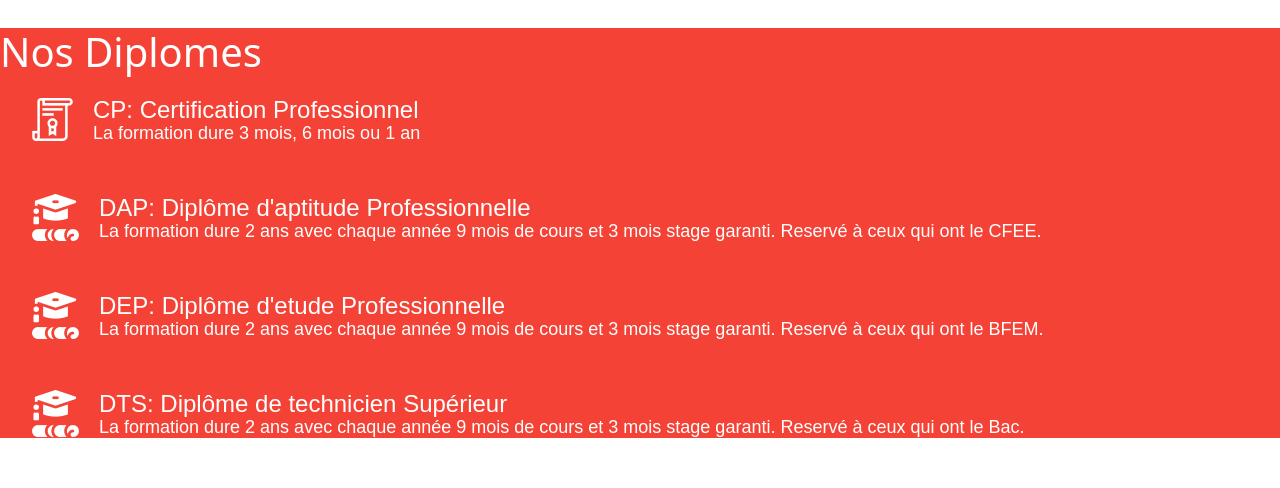
Repository: wadelfadill/tache_6_validation_prototype_bootstrap
Page: index.html
An editor plug-in stored every save of this project. The page is shown before and after the next save, followed by the edit.
The browser window is 1280 px wide. The pictures show the part of the page from y = 1831 to 2319 px (the page is 2319 px tall).
A picture or video elsewhere on the page could not be fetched, so the positions and the page height are approximate. Some web libraries are served in a nearby version.

Above is the page before, as saved 2023-04-24 22:50:10.

### index.html
<!DOCTYPE html>
<html lang="en">
<head>
    <meta charset="UTF-8">
    <meta http-equiv="X-UA-Compatible" content="IE=edge">
    <meta name="viewport" content="width=device-width, initial-scale=1.0">
    <!--------titre du site--------->
    <title>Document</title>

    <!-------link vers le site de bootstrap-->
    <link href="https://cdn.jsdelivr.net/npm/bootstrap@5.1.3/dist/css/bootstrap.min.css" rel="stylesheet" integrity="sha384-1BmE4kWBq78iYhFldvKuhfTAU6auU8tT94WrHftjDbrCEXSU1oBoqyl2QvZ6jIW3" crossorigin="anonymous">

    <!--------link vers le fichier css---------->
    <link rel="stylesheet" href="style.css">

    <!---------Google Fonts links------------>
    <link rel="preconnect" href="https://fonts.googleapis.com">
    <link rel="preconnect" href="https://fonts.gstatic.com" crossorigin>
    <link href="https://fonts.googleapis.com/css2?family=Manrope&family=Montserrat:wght@500&family=Poppins:wght@200&family=Roboto&display=swap" rel="stylesheet">
    <!------------ Google Font Awesome ----------->
    <script src="https://kit.fontawesome.com/8f130c8a35.js" crossorigin="anonymous"></script>
</head>
<body>

    <!-- ========== Start Header Section ========== -->
    <header id="header">
        <nav class="navbar navbar-expand-lg">
            <div class="container-fluid p-3">
              <a class="navbar-brand" href="#"><img src="image/logo.png" alt=""></a>
              <button class="navbar-toggler" type="button" data-bs-toggle="collapse" data-bs-target="#navbarNav" aria-controls="navbarNav" aria-expanded="false" aria-label="Toggle navigation">
                <i class="fa-solid fa-bars" style="color: #000000;"></i>
              </button>
              <div class="collapse navbar-collapse mt-4 mt-lg-0" id="navbarNav">
                <ul class="navbar-nav ms-auto">
                  <li class="nav-item">
                    <a class="nav-link active" aria-current="page" href="#">Home</a>
                  </li>
                  <li class="nav-item">
                    <a class="nav-link" href="#">Programmes</a>
                  </li>
                  <li class="nav-item">
                    <a class="nav-link" href="#">Nos campus</a>
                  </li>
                  <li class="nav-item">
                    <a class="nav-link" href="#">Admission</a>
                  </li>
                  <li class="nav-item">
                    <a class="nav-link" href="#">Evenements</a>
                  </li>
                  <li class="nav-item">
                    <a class="nav-link" href="">Blog</a>
                  </li>
                </ul>
                <button class="btn btn-primary ms-lg-5 mt-3 mt-lg-0">Nous rejoindre</button>
                <a href="#" class="me-lg-4 ms-lg-4 ms-1 d-block d-lg-inline mt-3 mt-lg-0"><img src="image/Groupsearch.png" alt=""></a>
              </div>
            </div>
          </nav>
    </header>
    <!-- ========== End Header Section ========== -->
    <!---------------------------------------------------->
    <!-- ========== Start Main Section ========== -->
    <main id="main">
        <!-- ========== Start Home Section ========== -->
        <section id="home">
            <div class="container-fluid pe-0">
                <div class="row align-items-center d-flex flex-column-reverse flex-md-row gy-4 gy-md-0 me-md-0">
                    <div class="col-12 col-md-5 ps-0 pe-0 ps-md-5">
                        <div class="container space-vert justify-content-between text-center d-flex justify-content-around flex-column w-100 w-md-auto">
                            <p>Suscipit semper ut volutpat neque, tincidunt dis.
                                Quis <br> vestibulum sit bibendum vitae iaculis tincidunt
                                 vel <br> pulvinar. In mattis aliquam ut ipsum.
                                 Neque, erat et <br> rhoncus scelerisque. .
                            </p>
                            <div class="d-grid gap-2 d-md-block d-block">
                                <button class="btn btn-primary" type="button">Nos services</button>
                                <button class="btn btn-primary" type="button">Contactez-nous</button>
                            </div>
                        </div>
                    </div>
                    <div class="col-12 col-md-5 offset-md-2 me-md-0 pe-0">
                        <div class="img">
                            <img src="image/Group 27.png" class="img-fluid w-100 h-100 profile"alt="">
                        </div>
                    </div>
                </div>
            </div>
        </section>
        <!-- ========== End Home Section ========== -->

        <!-- ========== Start Formation Section ========== -->
        <section id="formations">
            <div class="container-fluid ps-5 pe-5">
                <div class="row p-3 gap-3">
                    <div class="col-md-7 formation p-5">
                        <h1 class="text-center pt-2">Une formation 100% pratique et stage garanti</h1>
                        <div class="row">
                            <div class="col-12 col-md-6">
                                <ul>
                                    <li><span><img src="image/Group1.png" alt=""></span>Programmation</li>
                                    <li><span><img src="image/Group2.png" alt=""></span>Design</li>
                                    <li><span><img src="image/digital-marketing 1.png" alt=""></span>Marketing degital</li>
                                </ul>
                            </div>
                            <div class="col-12 col-md-6">
                                <ul>
                                    <li><span><img src="image/project-management 1.png" alt=""></span> Entreprenariat</li>
                                    <li><span><img src="image/investor 1.png" alt=""></span>Gestion de projet</li>
                                    <li><span><img src="image/work 1.png" alt=""></span>Bureautique</li>
                                </ul>
                            </div>
                        </div>

                    </div>
                    <div class="col-md-4 text-center bakeli">
                        <h1>Bakeli</h1>
                        <p>Aliquam, faucibus et dolor malesuada. Mus rutrum et, scelerisque quam.
                             Ut molestie at lectus viverra. Amet netus nisl tincidunt orci, tellus aliquet.
                             Mollis arcu, lacus massa donec facilisi dignissim nunc velit.
                             Enim facilisi lorem fermentum egestas consequat.
                             Sociis consequat ultrices proin sed ac leo vitae faucibus condimentum.
                            In orci, in sed mauris sollicitudin lacus.
                            Dolor sed ut congue aliquam egestas fames risus.
                            Sit odio sit ultrices nisl ac est, a.
                             Blandit interdum vestibulum porta amet. Non hendrerit purus nunc, est egestas vi.
                        </p>
                        <button>voir plus</button>


                    </div>
                </div>
            </div>
        </section>
        <!-- ========== End Formation Section ========== -->

        <!-- ========== Start Cours Section ========== -->
        <section id="cours">
            <div class="container-fluid p-5">
                <h1 class="text-left p-4">Nos cours</h1>
                <div class="row justify-content-lg-around">
                    <div class="col-8 col-md-3 text-center">
                        <div class="cours c1 p-4 text-center mb-5 mb-md-0">
                            <img src="image/pro.png" alt="" class="img-fluid">
                        <div class="text mt-3">
                            Programmation
                        </div>
                        </div>
                    </div>
                    <div class="col-8 col-md-3 text-center">
                        <div class="cours c2 p-4 text-center mb-5 mb-md-0">
                            <img src="image/Group.png" alt="" class="img-fluid">
                        <div class="text mt-3">
                            Design
                        </div>
                        </div>
                    </div>
                    <div class="col-8 col-md-3 text-center">
                        <div class="cours c3 p-4 text-center mb-5 mb-md-0">
                            <img src="image/digital-marketing.png" alt="" class="img-fluid">
                        <div class="text mt-3">
                            Marketing digital
                        </div>
                        </div>
                    </div>
                    <div class="col-8 col-md-3 text-center">
                        <div class="cours c4 p-4 text-center mb-5 mb-md-0">
                            <img src="image/Groupd.png" alt="" class="img-fluid">
                        <div class="text mt-3">
                            Entreprenariat
                        </div>
                        </div>
                    </div>
                </div>
            </div>
        </section>
        <!-- ========== End Cours Section ========== -->

        <!-- ========== Start diplomes Section ========== -->
        <section id="diplomes">
            <h1 class="text-left">Nos Diplomes</h1>
            <ul>
                <li><div class="dlogo"><img src="image/1.png" alt=""></div><div class="dtext"><span class="dtitle">CP: Certification Professionnel</span>         <span class="dtext">La formation dure 3 mois, 6 mois ou 1 an</span></div></li>
                <li><div class="dlogo"><img src="image/2.png" alt=""></div><div class="dtext"><span class="dtitle">DAP: Diplôme d'aptitude Professionnelle</span> <span class="dtext">La formation dure 2 ans  avec chaque année 9 mois de cours et 3 mois stage garanti. Reservé à ceux qui ont le CFEE.</span></div></li>
                <li><div class="dlogo"><img src="image/3.png" alt=""></div><div class="dtext"><span class="dtitle">DEP: Diplôme d'etude Professionnelle</span>    <span class="dtext">La formation dure 2 ans  avec chaque année 9 mois de cours et 3 mois stage garanti. Reservé à ceux qui ont le BFEM.</span></div></li>
                <li><div class="dlogo"><img src="image/4.png" alt=""></div><div class="dtext"><span class="dtitle">DTS: Diplôme de technicien Supérieur</span>    <span class="dtext">La formation dure 2 ans  avec chaque année 9 mois de cours et 3 mois stage garanti. Reservé à ceux qui ont le Bac.</span></div></li>
            </ul>
        </section>
        <!-- ========== End diplomes Section ========== -->

        <!-- ========== Start coach Section ========== -->
        <section id="coach">

        </section>
        <!-- ========== End coach Section ========== -->

        <!-- ========== Start activites Section ========== -->
        <section id="activites">

        </section>
        <!-- ========== End activites Section ========== -->

        <!-- ========== Start partenaires Section ========== -->
        <section id="partenaires">

        </section>
        <!-- ========== End partenaires Section ========== -->

    </main>
    <!-- ========== End Main Section ========== -->
    <!----------------------------------------------------->
    <!-- ========== Start Footer Section ========== -->
    <footer id="footer">

    </footer>
    <!-- ========== End Footer Section ========== -->
    <!------------------------------------------------------->
    <!----------- bootstrap script ------------->
    <script src="https://cdn.jsdelivr.net/npm/bootstrap@5.1.3/dist/js/bootstrap.bundle.min.js" integrity="sha384-ka7Sk0Gln4gmtz2MlQnikT1wXgYsOg+OMhuP+IlRH9sENBO0LRn5q+8nbTov4+1p" crossorigin="anonymous"></script>
</body>
</html>

### style.css
/* ===== variables css ======= */
:root{
    --bg-white:#FFFFFF;
    --bg-orange:#FF9800;
    --bg-green:#009688;
    --bg-linear-green: linear-gradient(90deg, rgba(13, 66, 61, 0.9) -22.84%, rgba(12, 199, 181, 0.9) 138.88%),linear-gradient(0deg, #E6E6E6, #E6E6E6);
    --bg-second-orange:#F44336;
    --bg-gray:rgba(238, 249, 248, 0.9);

}

/*======== General ============*/
*{
    padding: 0;
    margin: 0;
}
body{
    padding: 0;
    margin: 0;
    background: var(--bg-white);
}

/*============= navbar ================*/
nav{
    font-family: 'Montserrat';
    font-weight: 400;
    color: black;
    background: var(--bg-white);
    padding-left: 10px;
}
nav .navbar-brand img{
    width: 76px;
    height: 43.78px;
}
nav a.nav-link{
    color: black;
    padding-left: 10px;
    padding-right: 10px;
}
nav a.nav-link:hover, nav a.nav-link:focus{
    color: black;
}
nav .btn-primary, nav .btn-primary:hover, nav .btn-primary:focus{
    background: var(--bg-orange);
    color: var(--bg-white);
    border: none;
    box-shadow: none;
}
nav #navbarNav button{
    padding: 10px;
    padding-left: 15px;
    padding-right: 15px;
    border-radius: 2px;
}
nav button i{
    font-size: 40px;
}
nav .navbar-toggler:focus{
    box-shadow: none;
    border: none;
}

/* =========== home section =========== */
#home{
    margin-top: 10px;
    margin-bottom: 100px;
}
.space-vert{
    width: 100%;
    height: 400px;
    background: var(--bg-linear-green);
}
.space-vert p{
    font-family: 'arial';
    font-weight: 700;
    font-size: 14px;
    line-height: 21px;
    color: var(--bg-white);
}
.space-vert .btn-primary, .space-vert .btn-primary:hover, .space-vert .btn-primary:focus{
    font-family: 'Montserrat';
    background: var(--bg-second-orange);
    color: var(--bg-white);
    border: none;
    box-shadow: none;
    font-weight: 700;
    font-size: 15px;
    line-height: 18px;
}
.profile{
    background-image: url("image/Vectors.png");
    background-repeat: no-repeat;
    background-position:right bottom;
    background-size: contain;
    float: end;
}
.img{
    width: 100%;
    height: 682.83px;
}
/*========= formation section ============*/
#formations .formation{
    background: var(--bg-green);
    border-radius: 25px;
}
#formations .formation h1{
    font-family: Arial;
    font-size: 28px;
    font-weight: 700;
    line-height: 32px;
    letter-spacing: 0em;
    text-align: left;
    color: #FFFFFF;
    margin-bottom: 60px;
}
#formations .formation ul{
    margin-top: 20px;
}
#formations .formation ul li{
    list-style: none;
    margin-bottom: 30px;
    font-family: Arial;
    font-size: 100%;
    font-weight: 700;
    line-height: 25px;
    letter-spacing: 0em;
    text-align: left;
    color: #FFFFFF;

}
#formations .formation ul li span{
    display: inline-block;
    margin-right: 20px;
}
#formations .bakeli{
    padding: 20px;
    border-radius: 20px;
    border: 1px solid var(--bg-green);
    display: flex;
    flex-direction: column;
    justify-content: space-between;
}
#formations .bakeli h1{
    font-family: 'Montserrat';
    font-size: 28px;
    font-weight: 700;
    line-height: 34px;
    letter-spacing: 0em;

}
#formations .bakeli p{
    font-family: 'Arial';
    font-size: 14px;
    font-weight: 400;
    line-height: 16px;
    letter-spacing: 0.06em;

}
#formations .bakeli button{
    padding-top: 10px;
    padding-bottom: 10px;
    padding-left: 30px;
    padding-right: 30px;
    font-family: 'Montserrat';
    font-size: 14px;
    font-weight: 600;
    line-height: 17px;
    letter-spacing: 0em;
    background: var(--bg-second-orange);
    color: #FFFFFF;
    border: none;
    margin-top: 30px;
    align-self: center;

}
/* =========== cours section =============== */
#cours{
    background: var(--bg-white);
}
#cours .cours{
    border-radius: 25px;
    height: 245px;
}
#cours .cours.c1{
    color: #F44336;
    border: 1px solid #F44336;
}
#cours .cours.c2{
    color: #009688;
    border: 1px solid #009688;
}
#cours .cours.c3{
    color: #FF9800;
    border: 1px solid #FF9800;
}
#cours .cours.c4{
    color: #009688;
    border: 1px solid #009688;
}
#cours .cours img{
    margin-top: 10px;
}
#cours .cours .text{
    font-family: 'Montserrat';
    font-style: normal;
    font-weight: 700;
    line-height: 24px;
}

/* ============ diplomes section ==============*/
#diplomes{
    background: var(--bg-second-orange);
    color: #FFFFFF;
}
#diplomes ul{
    margin-top: 20px;
}
#diplomes ul li{
    list-style: none;
    margin-bottom: 50px;
    display: flex;
    align-items: center;
}
#diplomes ul li div{
    display: inline-block;

}
#diplomes ul li .dlogo{
    margin-right: 20px;
}
#diplomes ul li div span{
    display: block;
}
#diplomes ul li div .dtitle{
    font-family: Arial;
    font-size: 24px;
    font-weight: 500;
    line-height: 27px;
    letter-spacing: 0em;
    text-align: left;

}
#diplomes ul li div .dtext{
    font-family: Arial;
    font-size: 18px;
    font-weight: 400;
    line-height: 21px;
    letter-spacing: 0em;
    text-align: left;

}

After the next save:
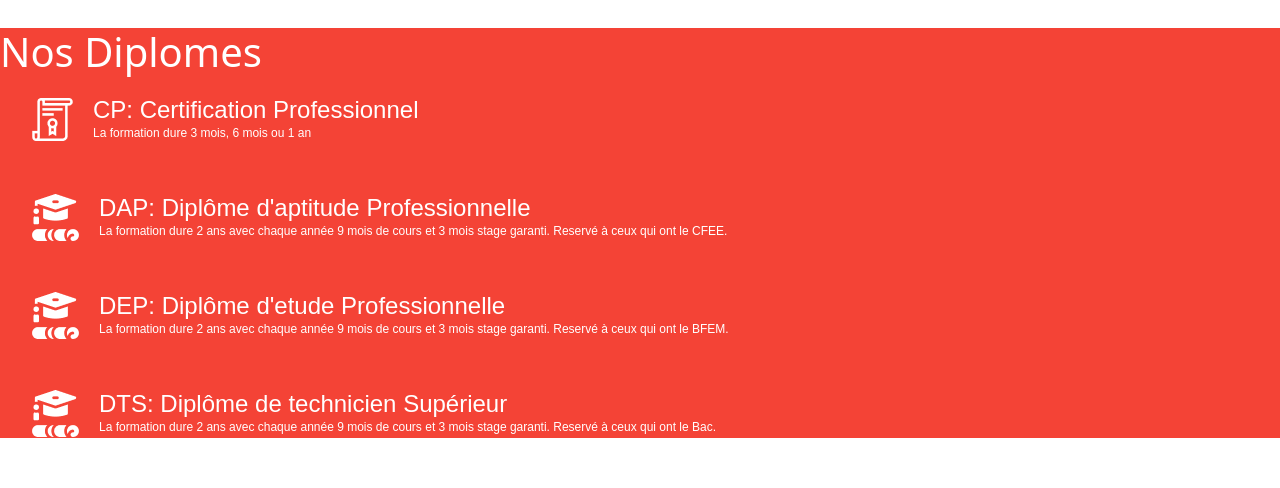
Saved 35 s later.
--- a/style.css
+++ b/style.css
@@ -242,8 +242,8 @@ nav .navbar-toggler:focus{
 }
 #diplomes ul li div .dtext{
     font-family: Arial;
-    font-size: 18px;
-    font-weight: 400;
+    font-size: 12px;
+    font-weight: 200;
     line-height: 21px;
     letter-spacing: 0em;
     text-align: left;
